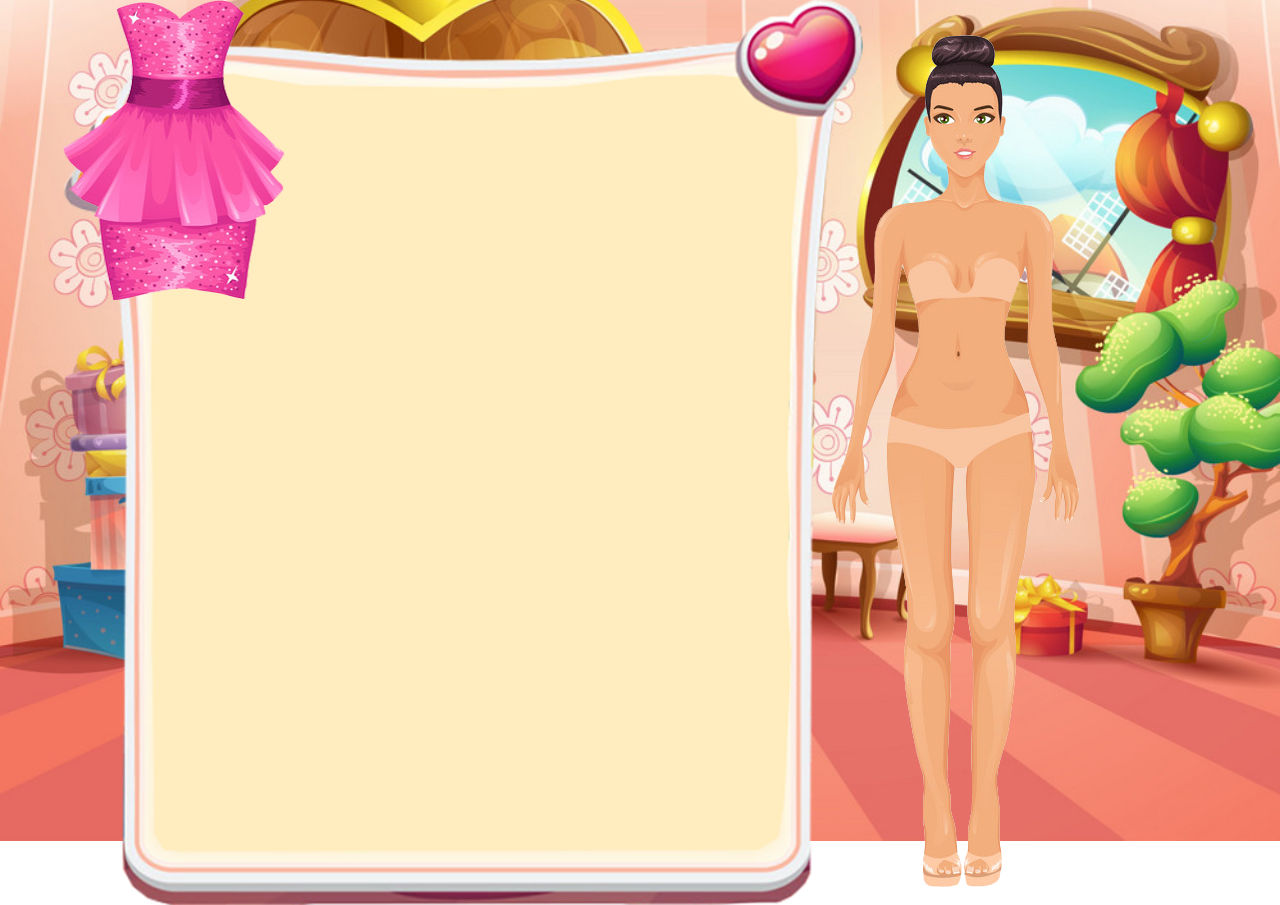
Repository: bunbubam/GameThayDoReactjs_NguyenKhacNghia
Page: /
These files come from the project's save history. The page is drawn as it stood at one moment and after the next save; the edit follows.
The browser window is 1280 px wide. The pictures show the whole page.
The project was rebuilt for these pictures with package versions that can differ from the ones it lists, and the page was loaded fresh each time.

Above is the page before, as saved 2022-03-30 15:40:56.

### public/index.html
<!doctype html>
<html lang="en">
  <head>
    <title>GameThaydo</title>
    <!-- Required meta tags -->
    <meta charset="utf-8">
    <meta name="viewport" content="width=device-width, initial-scale=1, shrink-to-fit=no">

    <!-- Bootstrap CSS -->
    <link rel="stylesheet" href="https://stackpath.bootstrapcdn.com/bootstrap/4.3.1/css/bootstrap.min.css" integrity="sha384-ggOyR0iXCbMQv3Xipma34MD+dH/1fQ784/j6cY/iJTQUOhcWr7x9JvoRxT2MZw1T" crossorigin="anonymous">
  </head>
  <body>
    <div id="root"></div>
    <!-- Optional JavaScript -->
    <!-- jQuery first, then Popper.js, then Bootstrap JS -->
    <script src="https://code.jquery.com/jquery-3.3.1.slim.min.js" integrity="sha384-q8i/X+965DzO0rT7abK41JStQIAqVgRVzpbzo5smXKp4YfRvH+8abtTE1Pi6jizo" crossorigin="anonymous"></script>
    <script src="https://cdnjs.cloudflare.com/ajax/libs/popper.js/1.14.7/umd/popper.min.js" integrity="sha384-UO2eT0CpHqdSJQ6hJty5KVphtPhzWj9WO1clHTMGa3JDZwrnQq4sF86dIHNDz0W1" crossorigin="anonymous"></script>
    <script src="https://stackpath.bootstrapcdn.com/bootstrap/4.3.1/js/bootstrap.min.js" integrity="sha384-JjSmVgyd0p3pXB1rRibZUAYoIIy6OrQ6VrjIEaFf/nJGzIxFDsf4x0xIM+B07jRM" crossorigin="anonymous"></script>
  </body>
</html>

### src/App.js
import logo from './logo.svg';
import './App.css';
import Dress from './gamethaydo/dress';

function App() {
  return (
    <Dress></Dress>
  );
}

export default App;

### src/App.css
body {
    background: url(gamethaydo/images/dress-room.jpg) no-repeat;
    background-position: 50% 53%;
    background-size: cover;
}
.dress-main .row {height: 100vh;}
.girl img {
    position: absolute;
    bottom: 2%;
    left: 30%;
}
.clothing-box {
    background: url(gamethaydo/images/box.png) no-repeat;
    background-position: 50% 50%;
    background-size: cover;
    width: 800px;
    height: 905px;
}

### src/gamethaydo/dress.js
import React, {Component} from 'react';
import Girl from './images/girl.png';
import Clothing1 from './images/trangphuc1.png';
import Clothing2 from './images/trangphuc2.png';
import Clothing3 from './images/trangphuc3.png';
import Clothing4 from './images/trangphuc4.png';
import Clothing5 from './images/trangphuc5.png';
import Clothing6 from './images/trangphuc6.png';
import Clothing7 from './images/trangphuc7.png';
import Clothing8 from './images/trangphuc8.png';
import Clothing9 from './images/trangphuc9.png';
import Clothing10 from './images/trangphuc10.png';

class Dress extends Component {
    state = {
        girl : Girl,
        clothing : Girl

    }
changeClothing = (imgs) => {
        return(
            this.setState({
                clothing : imgs
            })
        )
    }
    render() {
        return(
            <div className='container-fluid'>
                <div className='dress-main'>
                    <div className='row'>
                        <div className='col-12 col-xl-6 block-left'>
                            <div className='clothing-box position-relative ml-md-5'>
                                <div className='row'>
                                    <div className='col-12 col-xl-4'>
                                        <div className='clothing-item'>
                                            <img onClick={()=>this.changeClothing(Clothing1)} src={require('./images/trangphuc1.png')} className='img-fluid'/>
                                        </div>
                                    </div>
                                </div>
                            </div>
                        </div>
                        <div className='col-12 col-xl-6 block-right position-relative'>
                            <div className='girl'>
                                <img src={this.state.girl} className='img-fluid'/>
                                <img src={this.state.clothing} className='img-fluid'/>
                            </div>
                        </div>
                    </div>
                </div>
            </div>
        )
    };
}
export default Dress;

Loaded but not shown: src/index.js (common file); src/index.css (common file); src/reportWebVitals.js (common file)

After the next save:
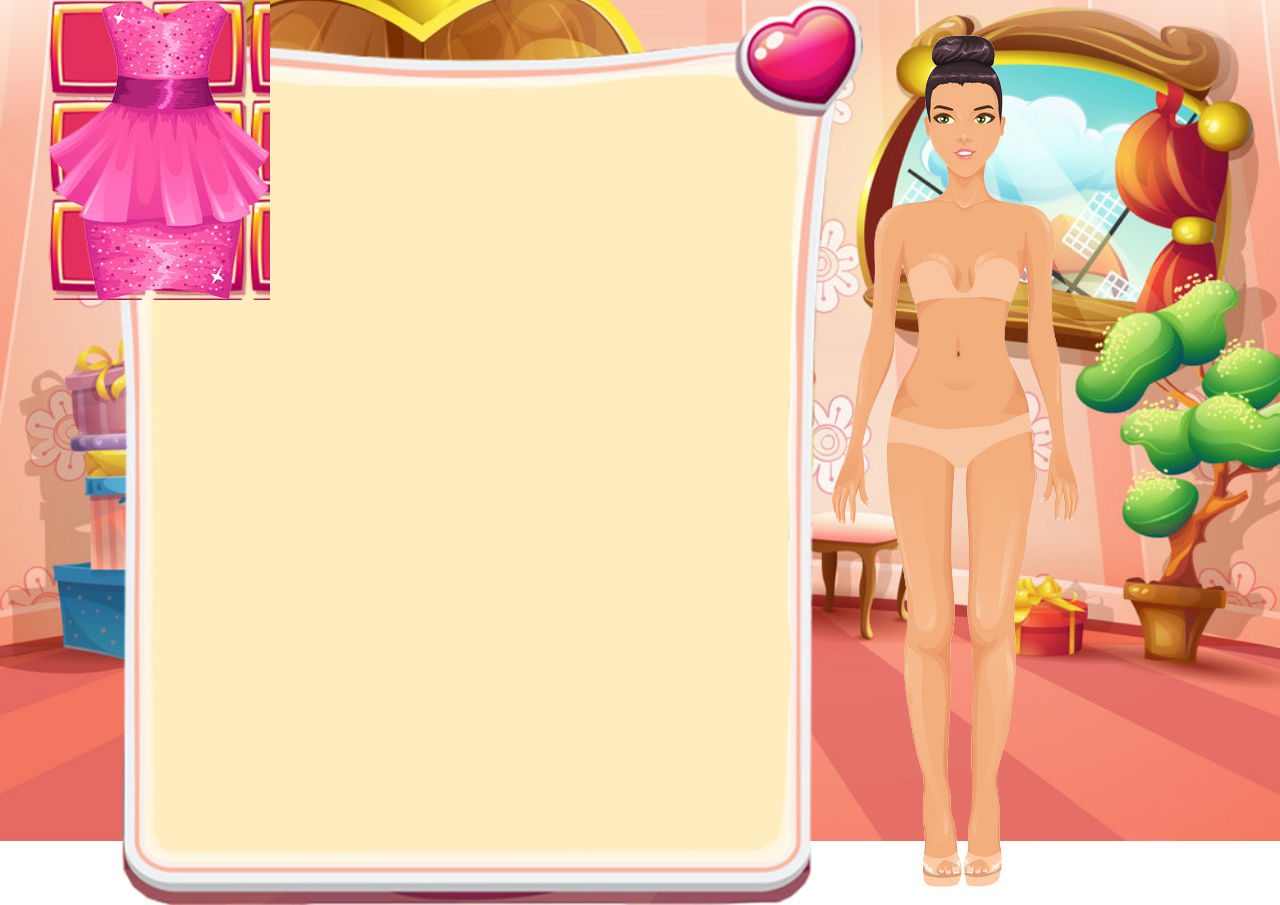
Saved 119 s later.
--- a/src/App.css
+++ b/src/App.css
@@ -16,3 +16,9 @@ body {
     width: 800px;
     height: 905px;
 }
+.clothing-item {
+    position: absolute;
+    top: 0;
+    left: 0;
+    background: url(gamethaydo/images/menu.png);
+}
